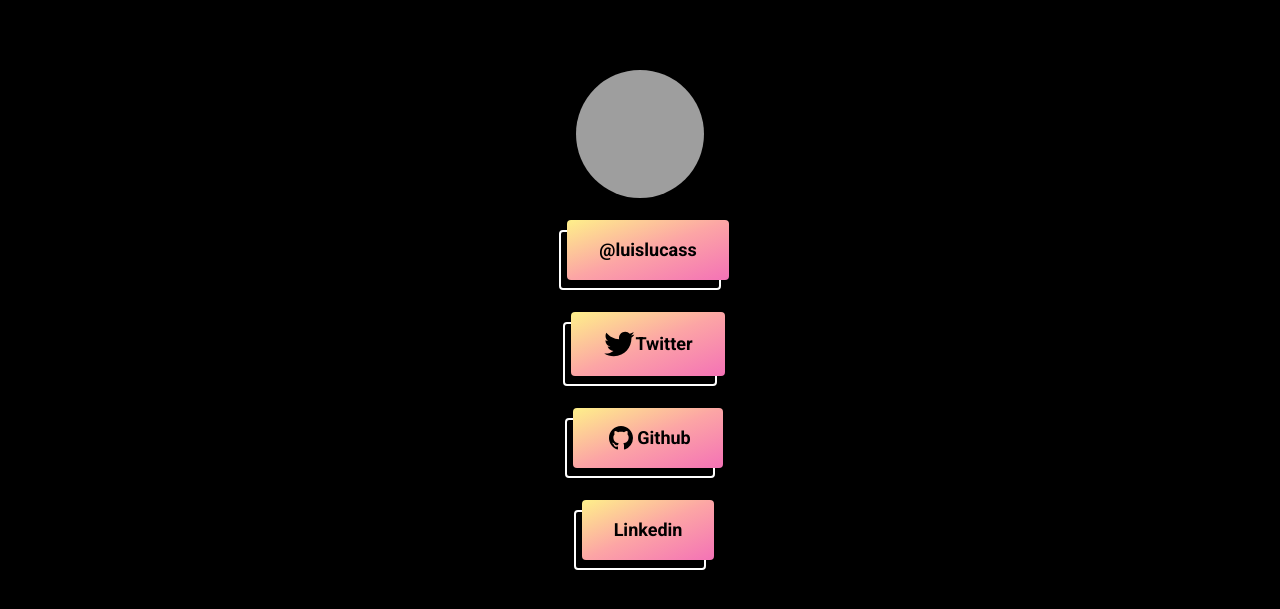
Repository: LuisSempre/link-to
Page: index.html
These files come from the project's save history. The page is drawn as it stood at one moment and after the next save; the edit follows.
The browser window is 1280 px wide. The pictures show the whole page.
Pictures or frames that could not be fetched are drawn as grey boxes. Some web libraries are served in a nearby version.

Above is the page before, as saved 2022-07-05 22:31:38.

After the next save:
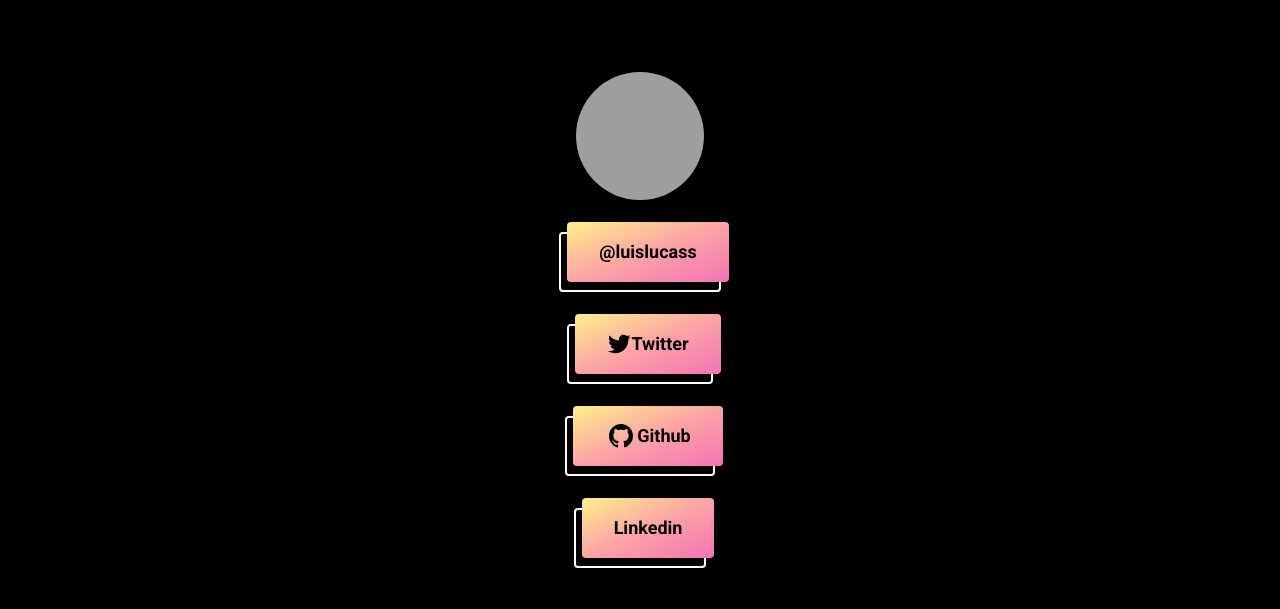
Saved 13 s later.
--- a/index.html
+++ b/index.html
@@ -53,7 +53,7 @@
                                 group-hover:translate-x-1.5 sm:w-auto
                                 hover:fill-white
                                 hover:text-white px-16 flex items-center justify-center"><svg viewBox="0 0 24 24"
-                                    aria-hidden="true" class="w-8 h-8"><g><path
+                                    aria-hidden="true" class="w-6 h-6"><g><path
                                             d="M23.643
                                             4.937c-.835.37-1.732.62-2.675.733.962-.576
                                             1.7-1.49
